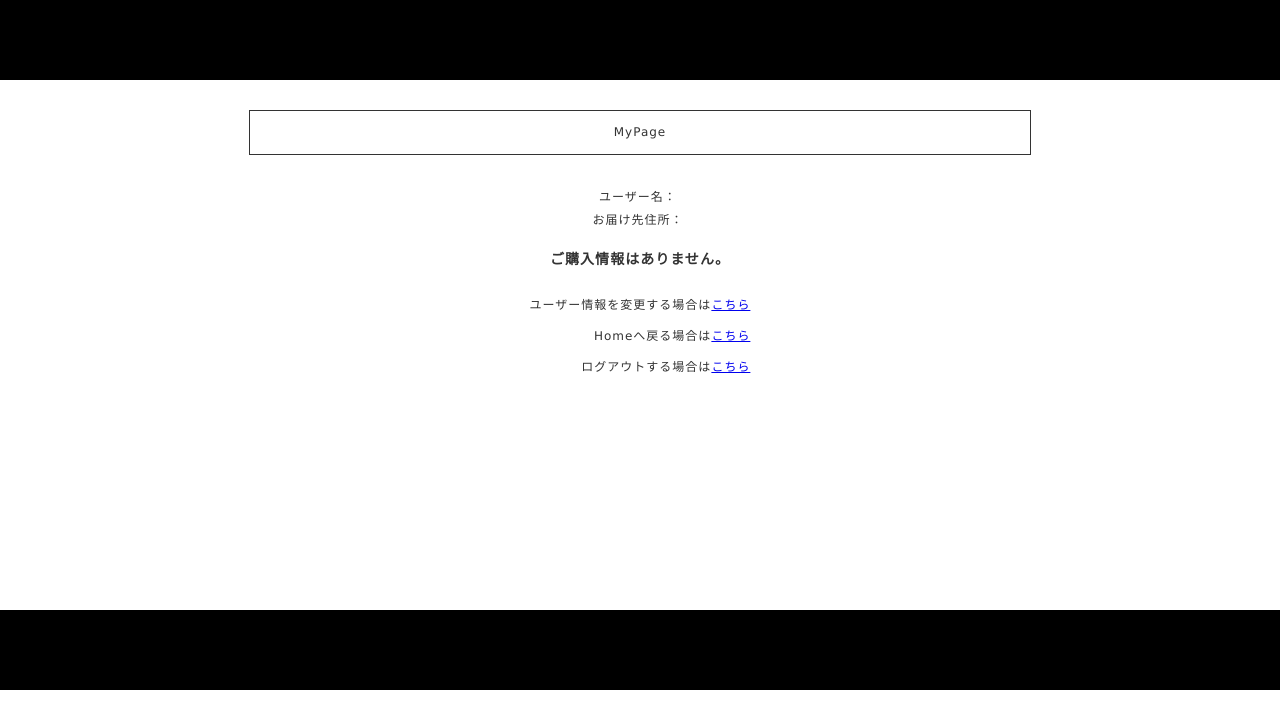
Repository: rt-1217/j2
Page: http://localhost/ecsite01/myPage.jsp
An editor plug-in stored every save of this project. The page is shown before and after the next save, followed by the edit.
The browser window is 1280 px wide. The pictures show the whole page.
The page is served by Tomcat 9. Other server files are loaded and not shown.

Above is the page before, as saved 2018-05-15 07:56:43.

### ecsite01/WebContent/myPage.jsp
<%@ page language="java" contentType="text/html; charset=UTF-8"
    pageEncoding="UTF-8"%>
    <%@ taglib prefix="s" uri="/struts-tags"%>
<!DOCTYPE html PUBLIC "-//W3C//DTD HTML 4.01 Transitional//EN" "http://www.w3.org/TR/html4/loose.dtd">
<html>
<head>
<meta http-equiv="Content-Type" content="text/html; charset=utf-8" />
<meta http-equiv="Content-Style-Type" content="text/css" />
<meta http-equiv="Content-Script-Type" content="text/javascript" />
<meta http-equiv="imagetoolbar" content="no" />
<meta name="description" content="" />
<meta name="keywords" content="" />
<title>MyPage画面</title>
<style type="text/css">
/* ============TAG LAYOUT============= */
body {
margin:0;
padding:0;
line-height:1.6;
letter-spacing:1px;
font-family:Verdana, Helvetica, sans-serif;
font-size:12px;
color:#333;
background:#fff;
}
table {
text-align:center;
margin:0 auto;
}
/* ========ID LAYOUT======== */
#top {
width:780px;
margin:30px auto;
border:1px solid #333;
}
#header {
width: 100%;
height: 80px;
background-color: black;
}
#main {
width: 100%;
height: 500px;
text-align: center;
}
#footer {
width: 100%;
height: 80px;
background-color: black;
clear:both;
}
#text-right {
display: inline-block;
text-align: right;
}
</style>


</head>
<body>

<div id="header">
<div id="pr">
</div></div>
<div id="main">
<div id="top">
<p>MyPage</p>
</div>


<div>
<s:form>
<tr><td>
ユーザー名：
</td>
<td>
<s:property value="session.userName"/>
</td>
</tr>
<tr><td>
お届け先住所：
</td>
<td>
<s:property value="session.userAddress"/>
</td>
</tr>
</s:form>
</div>




<div>
<s:if test="myPageList == null">
<h3>ご購入情報はありません。</h3>
</s:if>
<s:elseif test="message == null">
<h3>ご購入情報は以下になります。</h3>
<table border="1">
<tr>
<th>商品名</th>
<th>値段</th>
<th>購入個数</th>
<th>支払い方法</th>
<th>購入日</th>
</tr>
<s:iterator value="myPageList">
<tr>
<td><s:property value="itemName" /></td>
<td><s:property value="totalPrice" /><span>円</span></td>
<td><s:property value="totalCount" /><span>個</span></td>
<td><s:property value="payment" /></td>
<td><s:property value="insert_date" /></td>
</tr>
</s:iterator>
</table>

<s:form action="MyPageAction">
<input type="hidden" name="deleteFlg" value="1">
<s:submit value="削除" method="delete"/>
</s:form>
</s:elseif>
<s:if test="message !=null">
<h3><s:property value="message"/></h3>
</s:if>
<div id="text-right">

<p>ユーザー情報を変更する場合は<a href='<s:url action="GoUserUpdateAction"/>'>こちら</a></p>
<p>Homeへ戻る場合は<a href='<s:url action="GoHomeAction"/>'>こちら</a></p>
<p>ログアウトする場合は<a href='<s:url action="LogoutAction" />'>こちら</a></p>


</div>


</div>




</div>

<div id="footer">
<div id="pr">
</div>
</div>







</body>
</html>

After the next save:
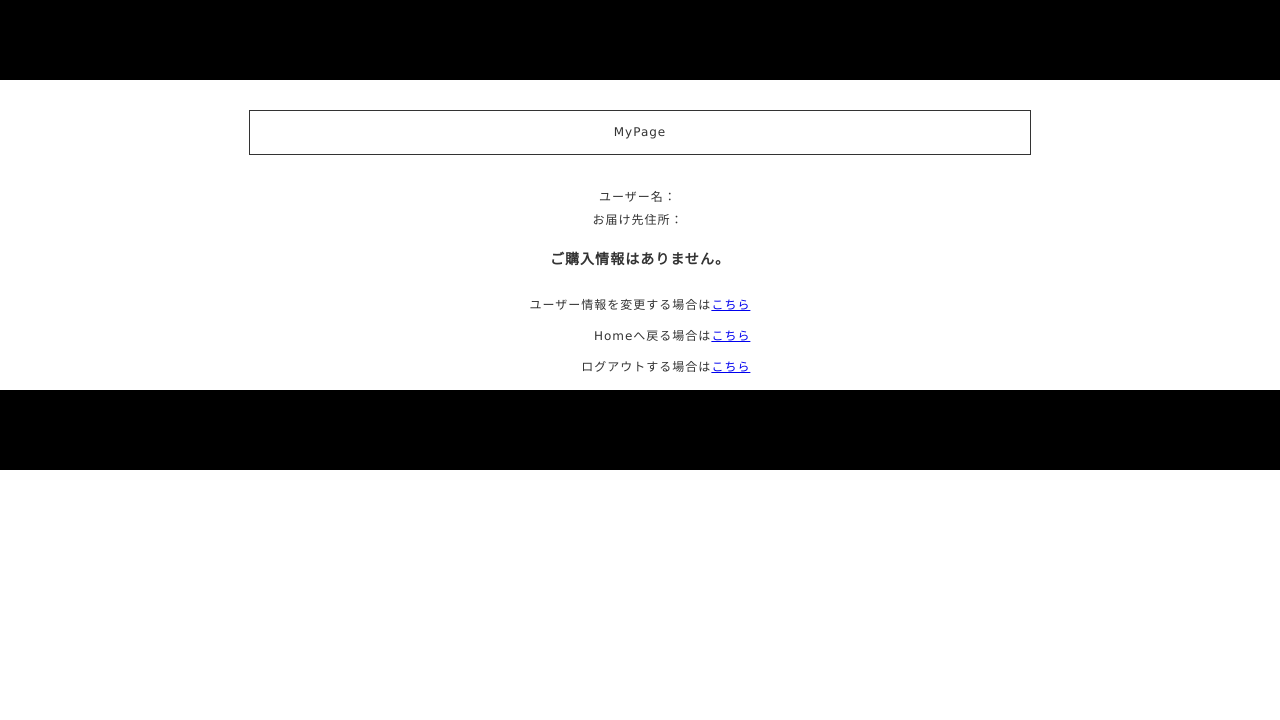
Saved 6 min 16 s later.
--- a/ecsite01/WebContent/myPage.jsp
+++ b/ecsite01/WebContent/myPage.jsp
@@ -40,7 +40,7 @@ background-color: black;
 }
 #main {
 width: 100%;
-height: 500px;
+height: 100%;
 text-align: center;
 }
 #footer {
